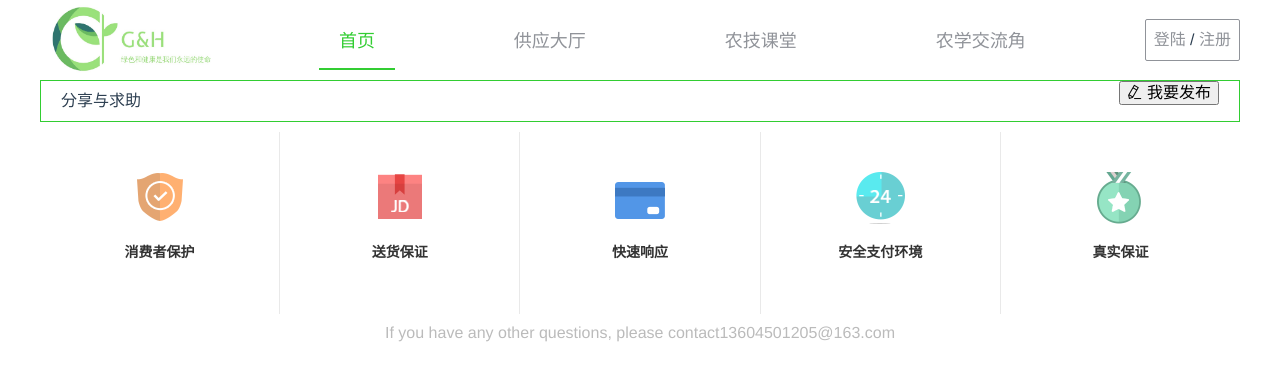
Repository: Miraitowa007/neau
Page: /communication
An editor plug-in stored every save of this project. The page is shown before and after the next save, followed by the edit.
The browser window is 1280 px wide. The pictures show the whole page.
The project was rebuilt for these pictures with package versions that can differ from the ones it lists, and the page was loaded fresh each time. Also part of the build but not shown: vue.config.js, src/views/home/index.vue, src/views/login/index.vue, src/views/sale/index.vue, src/views/class/index.vue.

Above is the page before, as saved 2021-04-30 11:11:13.

### src/main.js
import Vue from 'vue'
import App from './App.vue'
import router from './router'
import ElementUI from 'element-ui';
import 'element-ui/lib/theme-chalk/index.css';
import '@/style/normalize.css'
import store from './store'
import api from './api/index'

Vue.use(ElementUI);
Vue.use(api);
Vue.config.productionTip = false

new Vue({
  router,
  store,
  render: h => h(App)
}).$mount('#app')

### src/App.vue
<template>
  <div id="app">
    <web-header></web-header>
    <router-view></router-view>
    <bottom></bottom>
  </div>
</template>

<script>
import WebHeader from './components/webheader.vue'
import Bottom from './components/bottom.vue'

export default {
  name: 'App',
  components: {
    WebHeader,
    Bottom
  }
}
</script>

<style lang="scss">
#app {
  font-family: Avenir, Helvetica, Arial, sans-serif;
  -webkit-font-smoothing: antialiased;
  -moz-osx-font-smoothing: grayscale;
  text-align: center;
  color: #2c3e50;
}
</style>

### src/router.js
import Vue from 'vue'
import Router from 'vue-router'
import Home from './views/home'
import Login from './views/login'
import Sale from './views/sale'
import Communication from './views/communication'
import Class from './views/class'
Vue.use(Router)

export default new Router({
    mode:'history',
    routes:[
        {
            path:'/',
            name:'index',
            redirect: '/index',
            meta:{}
        },
        {
            path:'/index',
            name:'home',
            component:Home,
            meta:{}
        },
        {
            path:'/sale',
            name:'sale',
            component:Sale,
            meta:{},
        },
        {
            path:'/sale/detail',
            name:'product_detail',
            component:()=>import('./views/sale/details')
        },
        {
            path:'/class',
            name:'class',
            component:Class,
            meta:{}
        },
        {
            path:'/communication',
            name:'communication',
            component:Communication,
            meta:{}
        },
        {
            path:'/login',
            name:'login',
            component:Login,
            meta:{}
        }
    ]
})

### src/store.js
import Vue from 'vue';
import Vuex from 'vuex';
Vue.use(Vuex);
export default new Vuex.Store({
    state:{
        isLogin:false,
        userName:''
    },
    mutations:{
        getUserName(state,name){
            state.userName=name
        }
    },
    actions:{

    },
    getters:{
        getIsLogin(state){
            return state.isLogin
        },
        getUserName(state){
            return state.userName
        }
    }
})

### src/api/index.js
import * as api_product from './productList'
import * as api_news from './newsList'

const apiObj = {
  api_product,
  api_news
}

const install = function (Vue) {
  if (install.installed) return
  install.installed = true

  //定义属性到Vue原型中
  Object.defineProperties(Vue.prototype, {
    $fetch: {
      get() {
        return apiObj
      }
    }
  })
}

export default {
  install
}

### src/components/webheader.vue
<template>
    <div class="webHeader">
        <router-link to="/index" class="logo">
            <img src="@/assets/images/logo.jpg" alt="" srcset="" >
        </router-link>
        <el-menu :default-active="activeIndex" class="el-menu-demo" mode="horizontal" @select="handleSelect" active-text-color="#32CD32">
            <el-menu-item index="1">
                <router-link to="/index">
                    首页
                </router-link>
            </el-menu-item>
            <el-menu-item index="2">
                <router-link to="/sale">
                    供应大厅
                </router-link>
            </el-menu-item>
            <el-menu-item index="3">
                <router-link to="/class">
                    农技课堂
                </router-link>
            </el-menu-item>
            <el-menu-item index="4">
                <router-link to="/communication">
                    农学交流角
                </router-link>
            </el-menu-item>
        </el-menu>
        <div v-if="!getIsLogin" class="login">
            <router-link to="/communication">
                登陆
            </router-link>
            <span>/</span>
            <router-link to="/communication">
                注册
            </router-link>
        </div>
        <div v-else>
            <el-dropdown>
                <span class="el-dropdown-link">
                    {{getUserName}}<i class="el-icon-arrow-down el-icon--right"></i>
                </span>
                <el-dropdown-menu slot="dropdown">
                    <el-dropdown-item>
                        退出登陆
                    </el-dropdown-item>
                </el-dropdown-menu>
                </el-dropdown>
        </div>
    </div>
</template>
<script>
import {mapGetters} from 'vuex'
export default {
    name:'WebHeader',
    data(){
        return{
            activeIndex:'1'
        }
    },
    methods:{
        handleSelect(){

        }
    },
    computed:{
        ...mapGetters(['getIsLogin','getUserName'])
    }
}
</script>
<style lang="scss" scoped>
    .webHeader{
        width:1200px;
        height: 80px;
        line-height: 80px;
        display: flex;
        align-items: center;
        margin: 0 auto;
        .logo{
            width: 180px;
            height: 80px;
            line-height: 80px;
            img{
                width: 180px;
                height: 80px;
                line-height: 80px;
            }
        }
        .el-menu-demo{
            height: 80px;
            line-height: 80px;
            background-color: #ffffff;
            border: none;
            flex-grow: 1;
            display: flex;
            align-items: center;
            justify-content: space-between;;
            text-decoration: none;
            .el-menu-item{
                font-size: 18px;
                color: #909399;
            }
        }
        .login{
            height: 40px;
            text-align: center;
            line-height: 40px;
            padding: 0 8px;
            border: 1px solid #909399;
            border-radius: 2px;
            overflow: hidden;
            a{
                color:#909399
            }
        }
    }
</style>

### src/components/bottom.vue
<template>
    <div>
        <ul class="statement">
            <li >
                <div class="protection"></div>
                <div class="title">消费者保护</div>
            </li>
            <li >
                <div class="divery"></div>
                <div class="title">送货保证</div>
            </li>
            <li >
                <div class="response"></div>
                <div class="title">快速响应</div>
            </li>
            <li >
                <div class="pay"></div>
                <div class="title">安全支付环境</div>
            </li>
            <li >
                <div class="Guarantee"></div>
                <div class="title">真实保证</div>
            </li>
        </ul>
        <div class="bottom">If you have any other questions, please contact13604501205@163.com</div>
    </div>
</template>
<script>
export default {
    name:'bottom',
    data(){
        return {

        }
    }
}
</script>
<style lang="scss" scoped>
.statement{
    width: 1200px;
    margin: 10px auto;
    display: flex;
    justify-content: space-around;
    li{
        border-right: 1px solid #e9e9e9;
        width: 240px;
        height: 182px;
        float: left;
        text-align: center;
        &:last-child{
            border: none;
        }
    }
    .title{
        color: #333;
        font-size: 14px;
        margin-top: 20px;
        display: block;
        font-weight: 700;
    }
    .protection{
        width: 50px;
        height: 52px;
        background: url('../assets/images/icon_sprite.png');
        margin: 40px auto 0;
    }
    .divery{
        width: 50px;
        height: 52px;
        background: url('../assets/images/icon_sprite.png');
        margin: 40px auto 0;
        background-position: 0 -64px
    }
    .response{
        width: 50px;
        height: 52px;
        background: url('../assets/images/icon_sprite.png');
        margin: 40px auto 0;
        background-position: 0 -114px
    }
    .pay{
        width: 50px;
        height: 52px;
        background: url('../assets/images/icon_sprite.png');
        margin: 40px auto 0;
        background-position: 0 -168px
    }
    .Guarantee{
        width: 50px;
        height: 52px;
        background: url('../assets/images/icon_sprite.png');
        margin: 40px auto 0;
        background-position: 0 -220px;
    }
}
.bottom{
    margin: 0 auto 15px;
    color: #bbb;
    font-size: 16px;
}
</style>

### src/views/communication/index.vue
<template>
    <div class="communication">
        <header class="header">
            <div class="share">分享与求助</div>
            <button class="publish">
                <i class="el-icon-edit"></i>
                我要发布
            </button>
        </header>
    </div>
</template>

<script>
export default {

}
</script>

<style lang="scss" scoped>
.communication{
    width: 1200px;
    margin: 0 auto;
    .header{
        height: 40px;
        line-height: 40px;
        margin: 0 auto;
        display: flex;
        border: 1px solid #32CD32;
        position: relative;
        .share{
            margin-left: 20px;
        }
        .publish{
            position: absolute;
            top:0;
            right: 20px;
        }
    }
}
</style>

### src/api/productList.js
import fetch from '../common'
export function getProductList(params){
    return fetch({
        url: `/list`,
        method: 'get',
        params
    })
}

### src/api/newsList.js
import fetch from '../common'
export function getNewsList(params){
    return fetch({
        url: `/articleList`,
        method: 'get',
        params
    })
}

### src/common/index.js
/*
 * @Author: ShiJInMing
 * @Date: 2021-04-28 16:34:49
 * @LastEditors: ShiJInMing
 * @LastEditTime: 2021-04-28 17:08:50
 */
import axios from 'axios'
// import router from 'src/router'
import { server_base_url } from '../../src/config/index'

//添加一个响应拦截器
axios.interceptors.response.use(function (res) {
    return res;
}, function (error) {
  let data = error.response.data;
  if (data.code == 20001) {
    let currentUrl = window.location.href;
    window.location = data.data.loginUrl + '?returnUrl=' + currentUrl;

  } else {
    return Promise.reject(error);
  }
})
export default function fetch(options) {
    return new Promise((resolve, reject) => {
        let arrHeader
        arrHeader = { 'Content-Type': 'application/json;charset=utf-8' }
        //创建一个axios实例
        const instance = axios.create({
        //设置默认根地址
        // baseURL: process.env.VUE_APP_BASE_API,
        baseURL: server_base_url,
        //设置请求超时设置
        timeout: 30000,
        //设置请求时的header
        headers: arrHeader,
        //允许跨域携带cookie
        withCredentials: true
        })

        //请求处理
        instance(options)
        .then((res) => {
            //请求成功时,根据业务判断状态
            if (res.data) {
            resolve(res.data)
            return false
            }
            else {
            resolve(res.data);
            return false
            }
        })
        .catch((error) => {
            //请求失败时,根据业务判断状态
            if (error.response) {
            if (error.response.status === 401) {
                // let currentUrl = encodeURIComponent(window.location.href)
                window.location = 'http://idssa.jd.com/sso/login?' + 'ReturnUrl=' + 'http://oper.jd.id'
            }
            reject(error.data)
            }
        })
    })
}

### src/config/index.js
/*
 * @Author: ShiJInMing
 * @Date: 2021-04-28 16:45:07
 * @LastEditors: ShiJInMing
 * @LastEditTime: 2021-04-28 17:09:11
 */
export const server_base_url = 'http://easy-mock.jd.com/mock/5feb2feb7226a9f39b3b1b7d/example'

Loaded but not shown: public/index.html (common file); src/style/normalize.css (library)

After the next save:
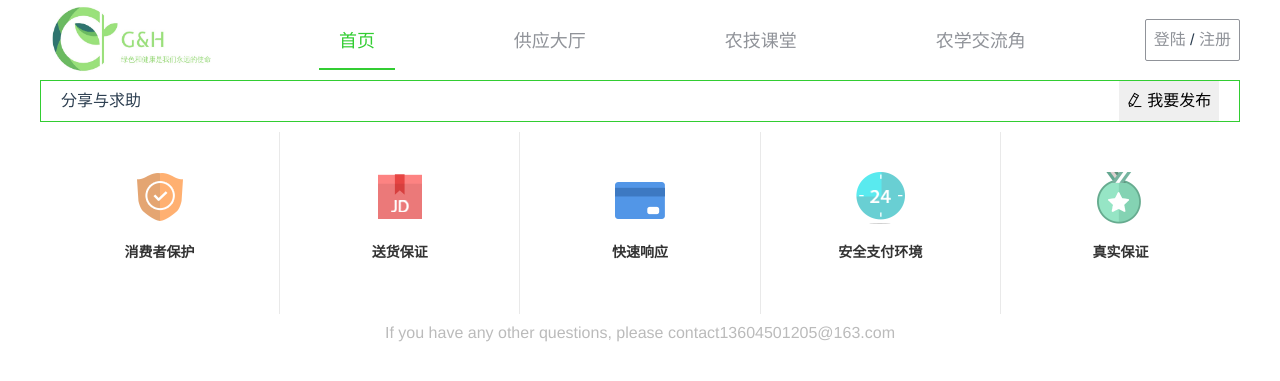
Saved 25 s later.
--- a/src/views/communication/index.vue
+++ b/src/views/communication/index.vue
@@ -31,6 +31,9 @@
             margin-left: 20px;
         }
         .publish{
+            width: 100px;
+            height: 40px;
+            border: none;
             position: absolute;
             top:0;
             right: 20px;
